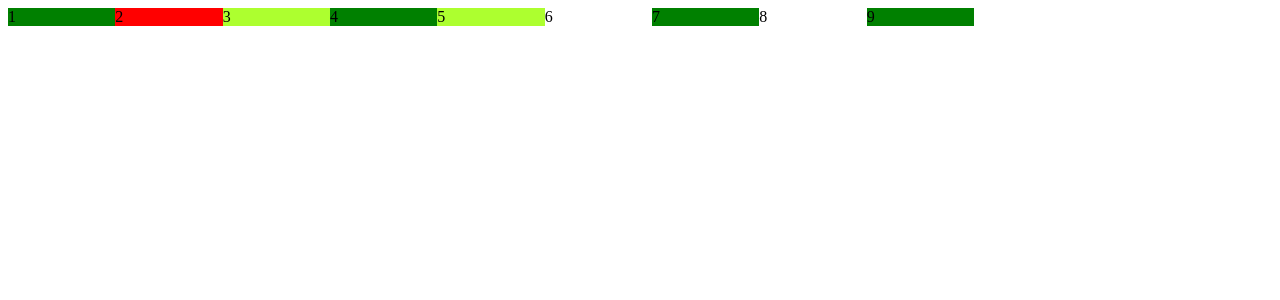
Repository: motiejus1/09-paskaita-05.31
Page: index.html
An editor plug-in stored every save of this project. The page is shown before and after a run of saves, followed by the edit.
The browser window is 1280 px wide. The pictures show the whole page.

Above is the page before, as saved 2021-06-15 18:49:17.

### index.html
<!DOCTYPE html>
<html lang="en">
<head>
    <meta charset="UTF-8">
    <meta http-equiv="X-UA-Compatible" content="IE=edge">
    <meta name="viewport" content="width=device-width, initial-scale=1.0">
    <title>9 paskaita</title>
    <style>
        .grid-container {
            display: grid;
            grid-template-columns: auto auto auto auto auto auto auto auto auto auto auto auto;
        }

        .zalia {
            background-color: green;
        }

        .raudona {
            background-color: red;
        }

        .geltona {
            background: greenyellow;
        }
    </style>
</head>
<body>
    <div class="grid-container">
        <div class="grid-item zalia">1</div>
        <div class="grid-item raudona">2</div>
        <div class="grid-item geltona">3</div>
        <div class="grid-item zalia">4</div>
        <div class="grid-item geltona">5</div>
        <div class="grid-item">6</div>
        <div class="grid-item zalia">7</div>
        <div class="grid-item">8</div>
        <div class="grid-item zalia">9</div>
    </div>

</body>
</html>

After the next 2 saves:
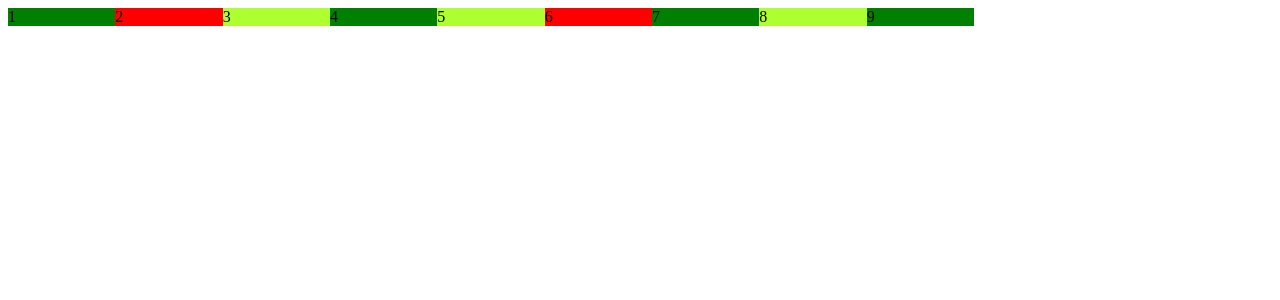
The 2 saves are shown as one change because they came seconds apart.
The last was saved 7 s later.
--- a/index.html
+++ b/index.html
@@ -31,9 +31,9 @@
         <div class="grid-item geltona">3</div>
         <div class="grid-item zalia">4</div>
         <div class="grid-item geltona">5</div>
-        <div class="grid-item">6</div>
+        <div class="grid-item raudona">6</div>
         <div class="grid-item zalia">7</div>
-        <div class="grid-item">8</div>
+        <div class="grid-item geltona">8</div>
         <div class="grid-item zalia">9</div>
     </div>
 
